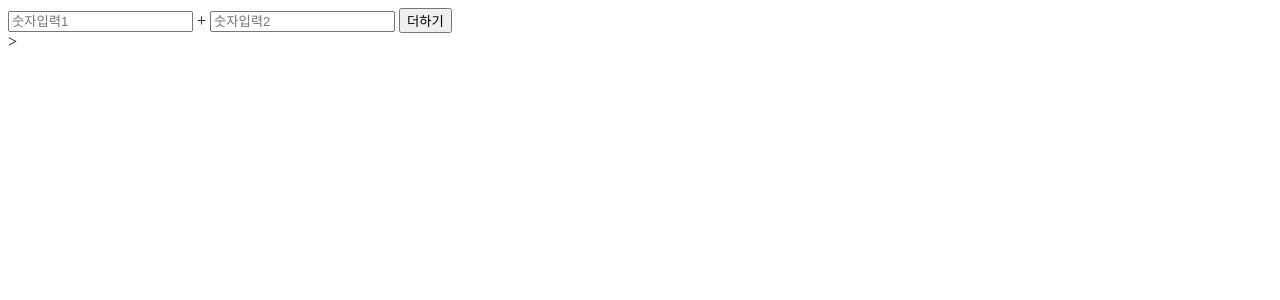
Repository: pillz9408/Jsp-Servlet
Page: jspstudy/day01/src/main/webapp/calc.html
The author's editor kept a copy of each file at every save. The page is drawn from the files as they stood at one save, then again after the next save.
The browser window is 1280 px wide. The pictures show the whole page.

Above is the page before, as saved 2022-10-04 05:54:22.

After the next save:
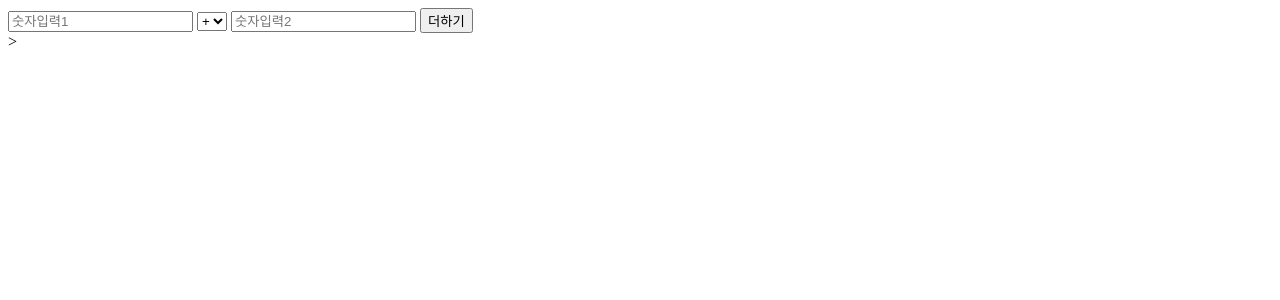
Saved 21 min 52 s later.
--- a/jspstudy/day01/src/main/webapp/calc.html
+++ b/jspstudy/day01/src/main/webapp/calc.html
@@ -2,12 +2,17 @@
 <html>
 <head>
 <meta charset="UTF-8">
-<title>PlusTest</title>
+<title>CalcTest</title>
 </head>
 <body>
 <form action="plus">
 	<input type="text" name="num1" placeholder = "숫자입력1">
-	+
+	<select name = "op">
+		<option value ="+">+
+		<option value ="-">-
+		<option value ="*">*
+		<option value ="/">/
+	</select>
 	<input type="text" name="num2" placeholder = "숫자입력2">
 	<input type="submit" value="더하기">
 </form>>
